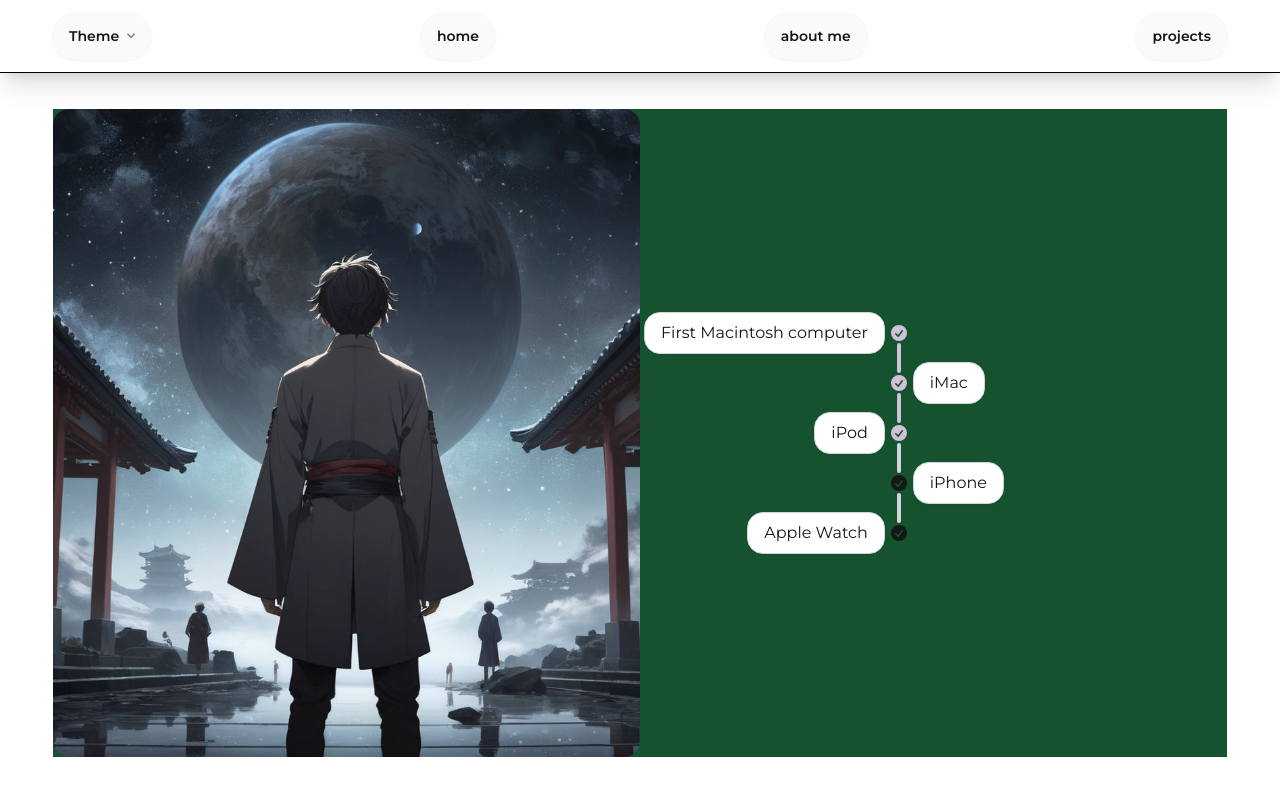
Repository: Yakyaz/myWebsite
Page: /about
The author's editor kept a copy of each file at every save. The page is drawn from the files as they stood at one save, then again after the next save.
The browser window is 1280 px wide. The pictures show the whole page.
The project was rebuilt for these pictures with package versions that can differ from the ones it lists, and the page was loaded fresh each time. The framework's server and built-in components were replaced by stand-ins that run in the browser. Also part of the build but not shown: next.config.js.

Above is the page before, as saved 2023-12-05 21:49:03.

### app/layout.tsx
import type { Metadata } from "next";
import { Montserrat } from "next/font/google";
import "./globals.css";
import Navbar from "../components/navbar";

const montserrat = Montserrat({ subsets: ["latin"] });

export const metadata: Metadata = {
  title: "Create Next App",
  description: "Generated by create next app",
};

export default function RootLayout({
  children,
}: {
  children: React.ReactNode;
}) {
  return (
    <html lang="en" data-theme="pastel" style={{ overflow: "hidden" }}>
      <body className={montserrat.className} style={{ overflow: "hidden" }}>
        <Navbar />
        <div>{children}</div>
      </body>
    </html>
  );
}

### app/about/page.tsx
import Link from "next/link";
import bg from "public/background.png";
import Image from "next/image";
function Home() {
  return (
    <main className="w-screen h-screen flex items-center justify-center ">
      <div
        className="bg-green-900 w-11/12 flex  items-center "
        style={{ height: "90%" }}
      >
        <div className=" h-full w-1/2">
          <Image
            className="  mb-3 h-full w-full object-cover rounded-2xl "
            alt="Pb"
            src={bg}
            placeholder="blur"
            quality={100}
            sizes="100%"
          />
        </div>

        <div>
          <ul className="timeline timeline-vertical">
            <li>
              <div className="timeline-start timeline-box">
                First Macintosh computer
              </div>
              <div className="timeline-middle">
                <svg
                  xmlns="http://www.w3.org/2000/svg"
                  viewBox="0 0 20 20"
                  fill="currentColor"
                  className="w-5 h-5 text-primary"
                >
                  <path
                    fillRule="evenodd"
                    d="M10 18a8 8 0 100-16 8 8 0 000 16zm3.857-9.809a.75.75 0 00-1.214-.882l-3.483 4.79-1.88-1.88a.75.75 0 10-1.06 1.061l2.5 2.5a.75.75 0 001.137-.089l4-5.5z"
                    clipRule="evenodd"
                  />
                </svg>
              </div>
              <hr className="bg-primary" />
            </li>
            <li>
              <hr className="bg-primary" />
              <div className="timeline-middle">
                <svg
                  xmlns="http://www.w3.org/2000/svg"
                  viewBox="0 0 20 20"
                  fill="currentColor"
                  className="w-5 h-5 text-primary"
                >
                  <path
                    fillRule="evenodd"
                    d="M10 18a8 8 0 100-16 8 8 0 000 16zm3.857-9.809a.75.75 0 00-1.214-.882l-3.483 4.79-1.88-1.88a.75.75 0 10-1.06 1.061l2.5 2.5a.75.75 0 001.137-.089l4-5.5z"
                    clipRule="evenodd"
                  />
                </svg>
              </div>
              <div className="timeline-end timeline-box">iMac</div>
              <hr className="bg-primary" />
            </li>
            <li>
              <hr className="bg-primary" />
              <div className="timeline-start timeline-box">iPod</div>
              <div className="timeline-middle">
                <svg
                  xmlns="http://www.w3.org/2000/svg"
                  viewBox="0 0 20 20"
                  fill="currentColor"
                  className="w-5 h-5 text-primary"
                >
                  <path
                    fillRule="evenodd"
                    d="M10 18a8 8 0 100-16 8 8 0 000 16zm3.857-9.809a.75.75 0 00-1.214-.882l-3.483 4.79-1.88-1.88a.75.75 0 10-1.06 1.061l2.5 2.5a.75.75 0 001.137-.089l4-5.5z"
                    clipRule="evenodd"
                  />
                </svg>
              </div>
              <hr />
            </li>
            <li>
              <hr />
              <div className="timeline-middle">
                <svg
                  xmlns="http://www.w3.org/2000/svg"
                  viewBox="0 0 20 20"
                  fill="currentColor"
                  className="w-5 h-5"
                >
                  <path
                    fillRule="evenodd"
                    d="M10 18a8 8 0 100-16 8 8 0 000 16zm3.857-9.809a.75.75 0 00-1.214-.882l-3.483 4.79-1.88-1.88a.75.75 0 10-1.06 1.061l2.5 2.5a.75.75 0 001.137-.089l4-5.5z"
                    clipRule="evenodd"
                  />
                </svg>
              </div>
              <div className="timeline-end timeline-box">iPhone</div>
              <hr />
            </li>
            <li>
              <hr />
              <div className="timeline-start timeline-box">Apple Watch</div>
              <div className="timeline-middle">
                <svg
                  xmlns="http://www.w3.org/2000/svg"
                  viewBox="0 0 20 20"
                  fill="currentColor"
                  className="w-5 h-5"
                >
                  <path
                    fillRule="evenodd"
                    d="M10 18a8 8 0 100-16 8 8 0 000 16zm3.857-9.809a.75.75 0 00-1.214-.882l-3.483 4.79-1.88-1.88a.75.75 0 10-1.06 1.061l2.5 2.5a.75.75 0 001.137-.089l4-5.5z"
                    clipRule="evenodd"
                  />
                </svg>
              </div>
            </li>
          </ul>
        </div>
      </div>
    </main>
  );
}

export default Home;

### components/navbar.tsx
import Link from "next/link";
import React from "react";
import Toggle from "./toggle";

const Navbar = () => {
  return (
    <ul className="flex flex-row justify-between items-center p-2 pr-12 pl-12 border-b border-black shadow-xl">
      <li>
        <Toggle />
      </li>
      <li>
        <Link className=" btn m-1" href="/home">
          home
        </Link>
      </li>
      <li>
        <Link className="btn m-1" href="/about">
          about me
        </Link>
      </li>
      <li>
        <Link className="btn m-1" href="/projects">
          projects
        </Link>
      </li>
    </ul>
  );
};

export default Navbar;

### components/toggle.tsx
import React from "react";

const Toggle = () => {
  return (
    <div className="dropdown ">
      <div tabIndex={0} role="button" className="btn m-1">
        Theme
        <svg
          width="12px"
          height="12px"
          className="h-2 w-2 fill-current opacity-60 inline-block"
          xmlns="http://www.w3.org/2000/svg"
          viewBox="0 0 2048 2048"
        >
          <path d="M1799 349l242 241-1017 1017L7 590l242-241 775 775 775-775z"></path>
        </svg>
      </div>
      <ul
        tabIndex={0}
        className="dropdown-content z-[1] p-2 shadow-2xl bg-base-300 rounded-box w-52"
      >
        <li>
          <input
            type="radio"
            name="theme-dropdown"
            className="theme-controller btn btn-sm btn-block btn-ghost justify-start"
            aria-label="Default"
            value="default"
          />
        </li>
        <li>
          <input
            type="radio"
            name="theme-dropdown"
            className="theme-controller btn btn-sm btn-block btn-ghost justify-start"
            aria-label="Retro"
            value="retro"
          />
        </li>
        <li>
          <input
            type="radio"
            name="theme-dropdown"
            className="theme-controller btn btn-sm btn-block btn-ghost justify-start"
            aria-label="Cyberpunk"
            value="cyberpunk"
          />
        </li>
        <li>
          <input
            type="radio"
            name="theme-dropdown"
            className="theme-controller btn btn-sm btn-block btn-ghost justify-start"
            aria-label="Dracula"
            value="dracula"
          />
        </li>
        <li>
          <input
            type="radio"
            name="theme-dropdown"
            className="theme-controller btn btn-sm btn-block btn-ghost justify-start"
            aria-label="Aqua"
            value="aqua"
          />
        </li>
      </ul>
    </div>
  );
};

export default Toggle;

### tailwind.config.ts
import type { Config } from "tailwindcss";

const config: Config = {
  content: [
    "./pages/**/*.{js,ts,jsx,tsx,mdx}",
    "./components/**/*.{js,ts,jsx,tsx,mdx}",
    "./app/**/*.{js,ts,jsx,tsx,mdx}",
  ],
  theme: {
    extend: {
      backgroundImage: {
        "gradient-radial": "radial-gradient(var(--tw-gradient-stops))",
        "gradient-conic":
          "conic-gradient(from 180deg at 50% 50%, var(--tw-gradient-stops))",
      },
    },
  },
  plugins: [require("daisyui")],
  daisyui: {
    themes: ["pastel", "retro", "cyberpunk", "dracula", "aqua"],
  },
};
export default config;

Loaded but not shown: app/globals.css (common file)

After the next save:
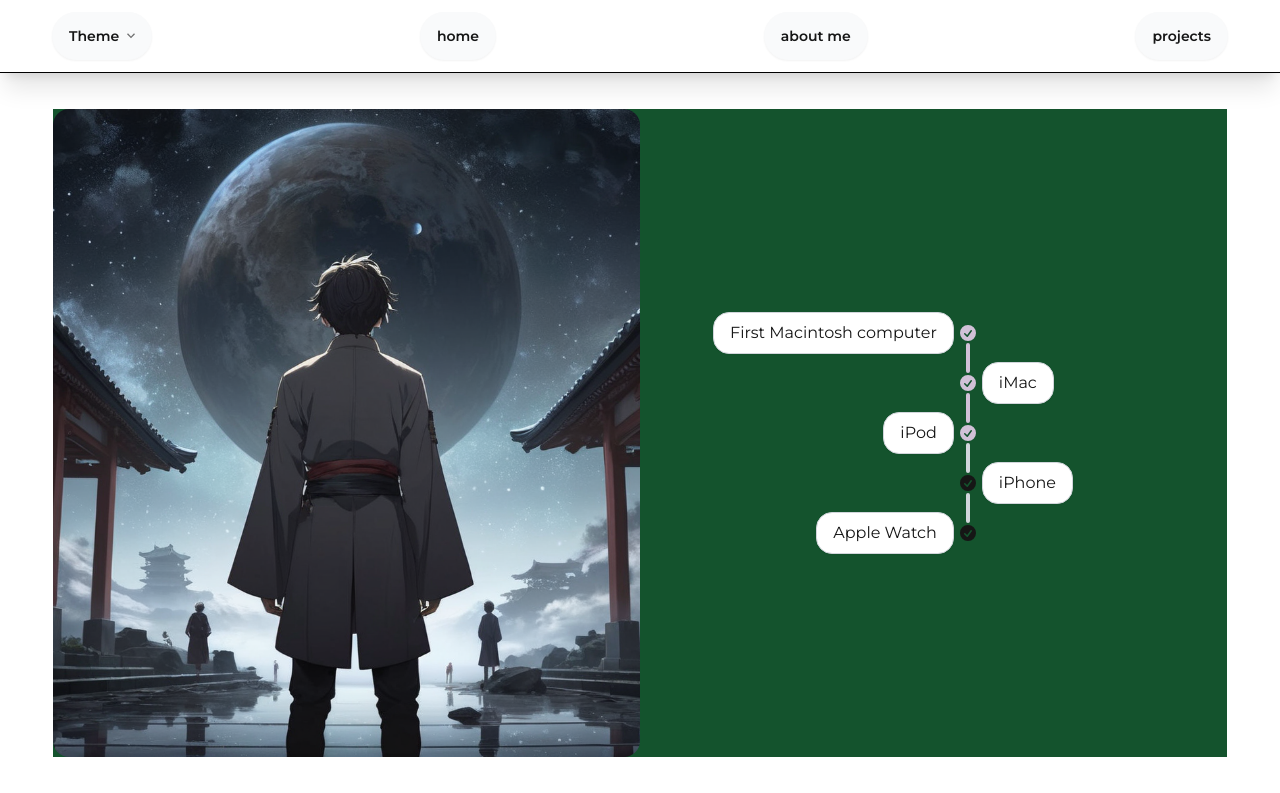
Saved 17 s later.
--- a/app/about/page.tsx
+++ b/app/about/page.tsx
@@ -5,7 +5,7 @@
   return (
     <main className="w-screen h-screen flex items-center justify-center ">
       <div
-        className="bg-green-900 w-11/12 flex  items-center "
+        className="bg-green-900 w-11/12 flex  items-center justify-between "
         style={{ height: "90%" }}
       >
         <div className=" h-full w-1/2">
